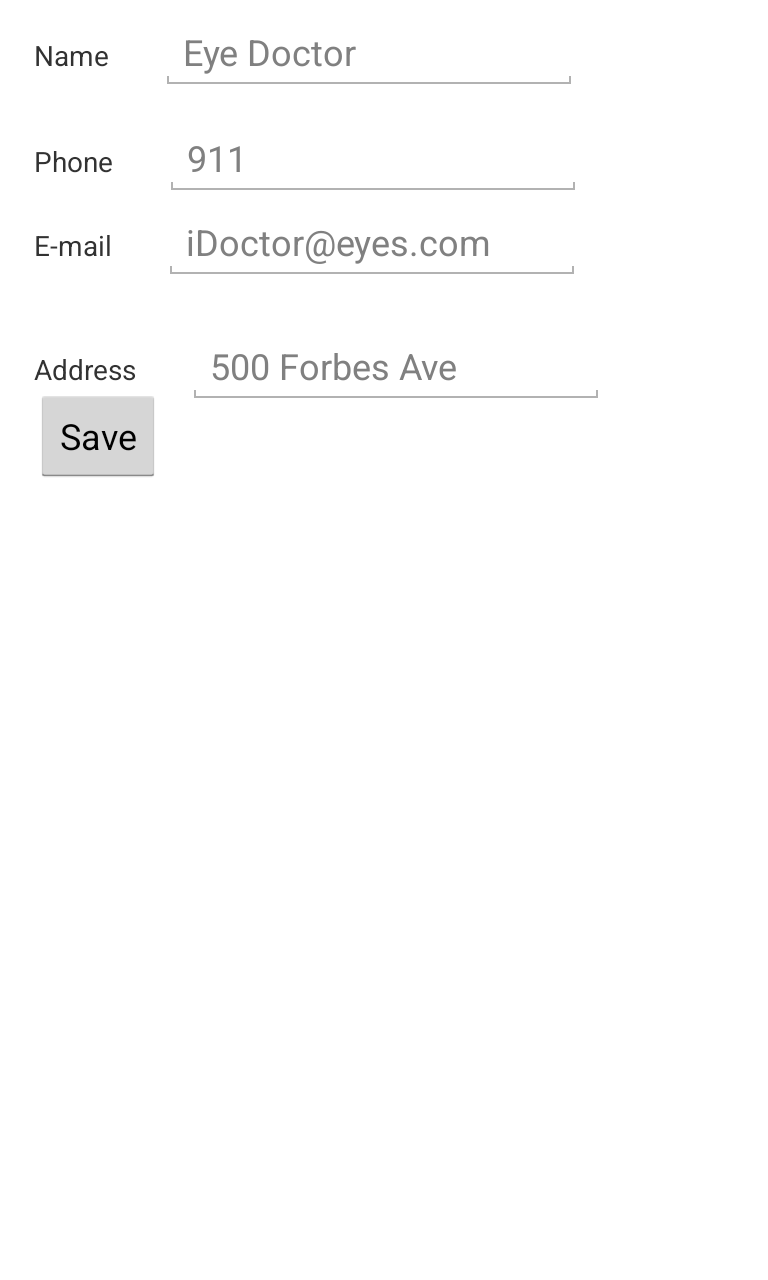
Repository: ranika/pilltracker
Layout: PillTracker/res/layout/f_doctors_doctoreditactivity.xml
An editor plug-in stored every save of this project. The layout is shown before and after the next save, followed by the edit.
It is drawn on a 768 x 1280 px phone screen (xhdpi) without system bars, with theme AppTheme; the app's code is not run.

Above is the layout before, as saved 2014-04-21 03:31:46.

After the next save:
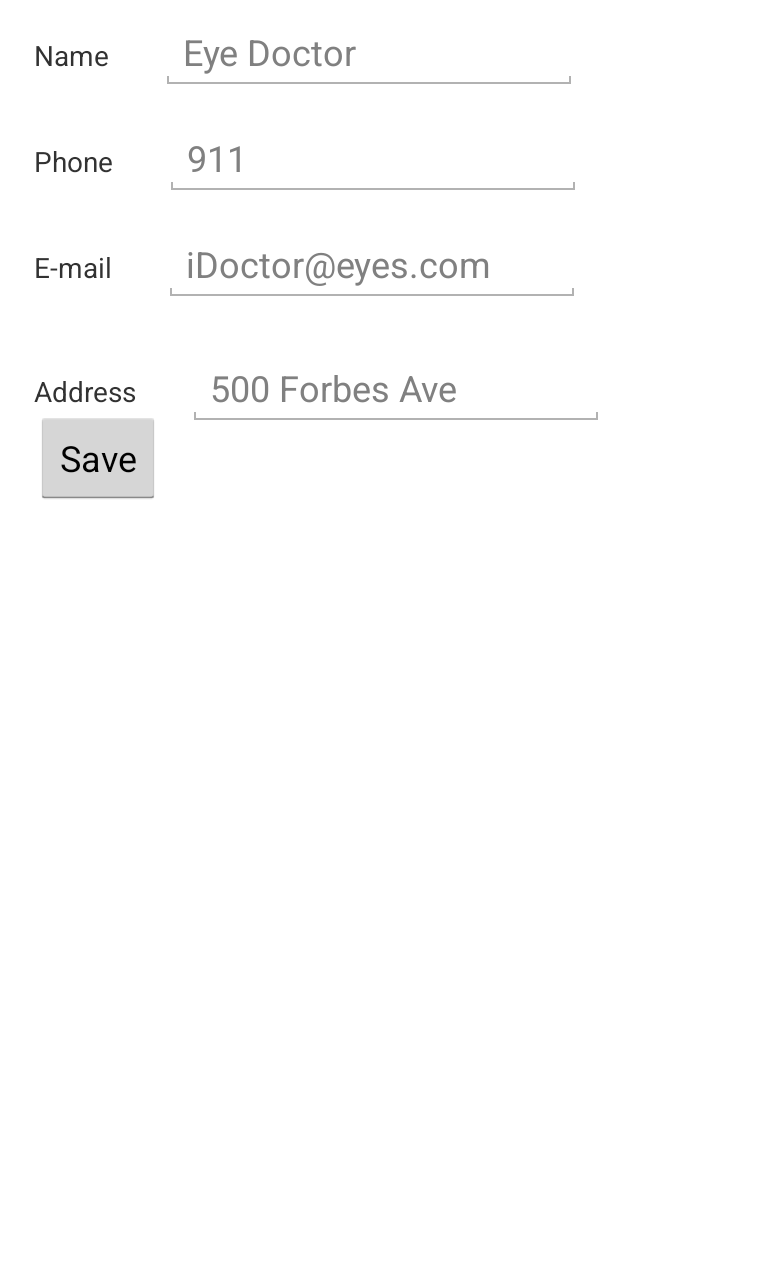
Saved 20 s later.
--- a/PillTracker/res/layout/f_doctors_doctoreditactivity.xml
+++ b/PillTracker/res/layout/f_doctors_doctoreditactivity.xml
@@ -98,7 +98,7 @@
         android:layout_height="wrap_content"
         android:layout_alignLeft="@+id/textView3"
         android:layout_below="@+id/textView3"
-        android:layout_marginTop="23dp"
+        android:layout_marginTop="34dp"
         android:text="@string/email" />
 
     <EditText
